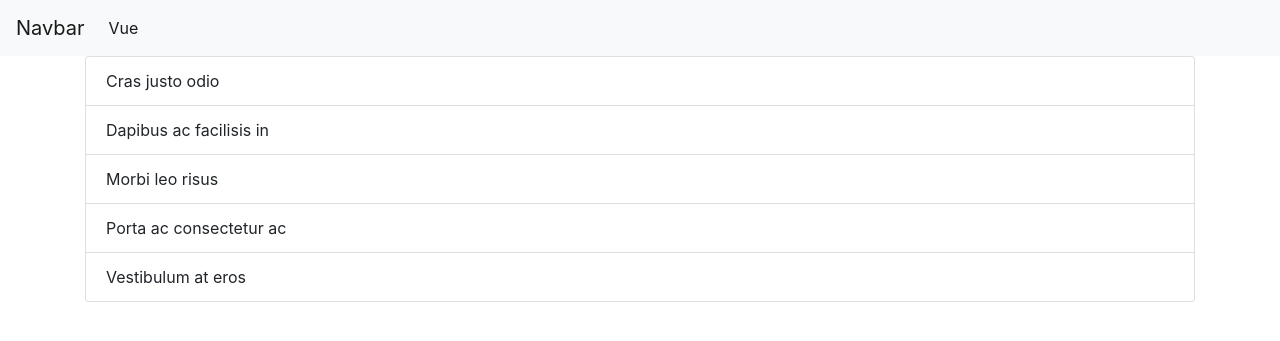
Repository: gudufun/gudufun.github.io
Page: index.html
The author's editor kept a copy of each file at every save. The page is drawn from the files as they stood at one save, then again after the next save.
The browser window is 1280 px wide. The pictures show the whole page.

Above is the page before, as saved 2018-12-06 19:54:14.
Console error: TypeError: Cannot read properties of undefined (reading 'fn')

### index.html
<!DOCTYPE html>
<html>

<head>
    <meta charset="utf-8" />
    <meta http-equiv="X-UA-Compatible" content="IE=edge">
    <title>孤独典范</title>
    <meta name="viewport" content="width=device-width, initial-scale=1">
    <link rel="stylesheet" href="./css/bootstrap/bootstrap.min.css">
</head>

<body>
    <nav class="navbar navbar-expand-lg navbar-light bg-light">
        <a class="navbar-brand" href="#">Navbar</a>
        <button class="navbar-toggler" type="button" data-toggle="collapse" data-target="#navbarNavAltMarkup"
            aria-controls="navbarNavAltMarkup" aria-expanded="false" aria-label="Toggle navigation">
            <span class="navbar-toggler-icon"></span>
        </button>
        <div class="collapse navbar-collapse" id="navbarNavAltMarkup">
            <div class="navbar-nav">
                <a class="nav-item nav-link active" href="/pages/vue.html">Vue</a>
            </div>
        </div>
    </nav>
    <div class="container">
            <ul class="list-group">
                    <li class="list-group-item">Cras justo odio</li>
                    <li class="list-group-item">Dapibus ac facilisis in</li>
                    <li class="list-group-item">Morbi leo risus</li>
                    <li class="list-group-item">Porta ac consectetur ac</li>
                    <li class="list-group-item">Vestibulum at eros</li>
                  </ul>
    </div>
</body>
<script src="./js/bootstrap/bootstrap.min.js"></script>

</html>

Loaded but not shown: css/bootstrap/bootstrap.min.css (library); js/bootstrap/bootstrap.min.js (library)

After the next save:
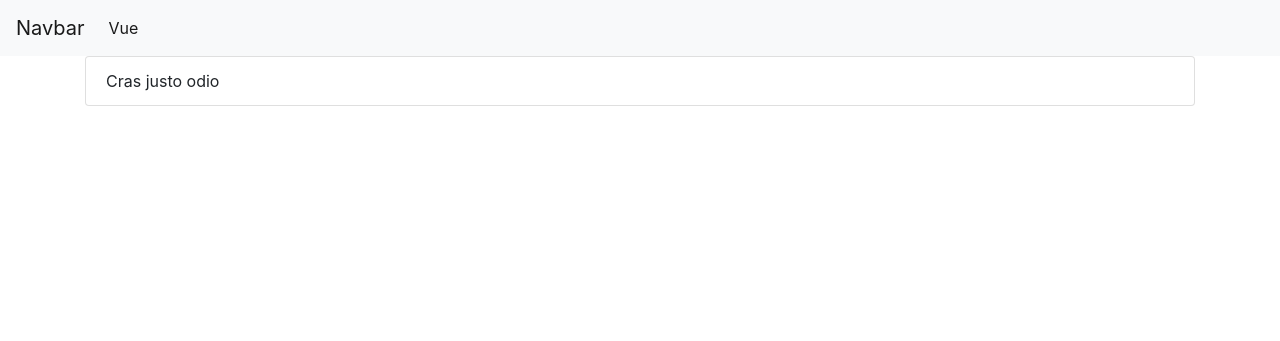
Saved 11 s later.
--- a/index.html
+++ b/index.html
@@ -23,13 +23,9 @@
         </div>
     </nav>
     <div class="container">
-            <ul class="list-group">
-                    <li class="list-group-item">Cras justo odio</li>
-                    <li class="list-group-item">Dapibus ac facilisis in</li>
-                    <li class="list-group-item">Morbi leo risus</li>
-                    <li class="list-group-item">Porta ac consectetur ac</li>
-                    <li class="list-group-item">Vestibulum at eros</li>
-                  </ul>
+        <ul class="list-group">
+            <li class="list-group-item">Cras justo odio</li>
+        </ul>
     </div>
 </body>
 <script src="./js/bootstrap/bootstrap.min.js"></script>
